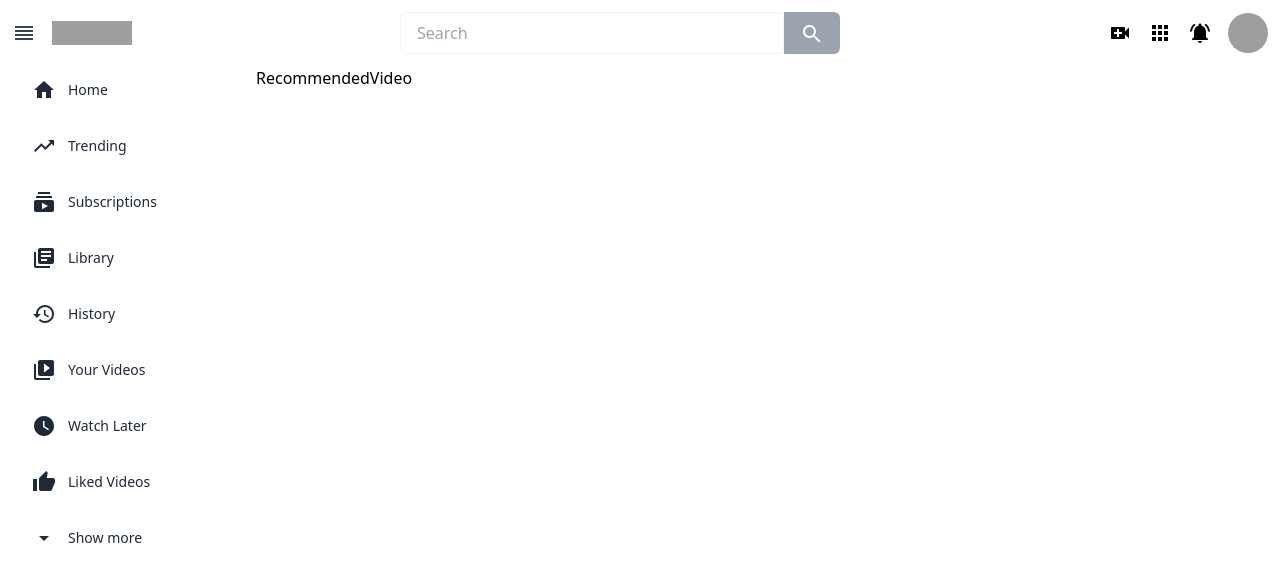
Repository: Shamraiz761/Youtube-clone
Page: /
An editor plug-in stored every save of this project. The page is shown before and after the next save, followed by the edit.
The browser window is 1280 px wide. The pictures show the whole page.
Pictures or frames that could not be fetched are drawn as grey boxes. The project was rebuilt for these pictures with package versions that can differ from the ones it lists, and the page was loaded fresh each time. Also part of the build but not shown: vite.config.js.

Above is the page before, as saved 2024-01-19 22:21:14.

### src/App.jsx

import React from 'react';
import Home from './pages/home/Home';
function App() {
  return (
    <div>
      <Home />
    </div>
  );
}

export default App;

### src/pages/home/Home.jsx
import React from "react";
import Navbar from "../../components/header/Navbar";
import Sidebar from "../../components/sidebar/Sidebar";
import RecommendedVideo from "../../components/video/RecommendedVideo";

function Home() {
  return (
    <div>
      <Navbar />
      <div className="flex">
      <Sidebar />
      <RecommendedVideo />
      </div>
    </div>
  );
}

export default Home;

### src/components/header/Navbar.jsx
import React from "react";
import ReorderIcon from "@material-ui/icons/Reorder";
import VideoCallIcon from "@material-ui/icons/VideoCall";
import AppsIcon from "@material-ui/icons/Apps";
import NotificationsActiveIcon from "@material-ui/icons/NotificationsActive";
import SearchIcon from '@material-ui/icons/Search';
const Navbar = () => {
  return (
    <nav className="p-3 sticky top-0 z-96 bg-white">
      <div className="container mx-auto flex flex-wrap justify-between items-center">
        {/* Logo */}
        <div className="text-white font-bold text-xl flex items-center flex-row">
          <ReorderIcon className="mr-4 size-5 text-gray-700 " />
          <img
            className="w-10 h-4 sm:w-20 sm:h-6"
            src="https://upload.wikimedia.org/wikipedia/commons/thumb/e/e1/Logo_of_YouTube_%282015-2017%29.svg/2560px-Logo_of_YouTube_%282015-2017%29.svg.png"
          />
        </div>

        {/* Search bar */}
        <div className="flex items-center">
          <input
            type="text"
            placeholder="Search"
            className="p-1 md:px-4 md:py-2 rounded-l-md border border-gray-100 focus:outline-none w-32 md:w-96"
          />
          <button className="bg-gray-400 p-1  md:px-4 md:py-2 rounded-r-md text-white">
            <SearchIcon />
          </button>
        </div>

        {/* User profile */}
        <div className="flex items-center flex-row space-x-2 md:space-x-4">
          <VideoCallIcon />
          <AppsIcon />
          <NotificationsActiveIcon />
          <img
          className="w-10 h-10 rounded-full"
          src="https://encrypted-tbn0.gstatic.com/images?q=tbn:ANd9GcT5e22dr8y5uGoiuiPB5wwHR3v8v43srFH0SUokZVWJug&s" />
        </div>
      </div>
    </nav>
  );
};

export default Navbar;

### src/components/sidebar/Sidebar.jsx
import TrendingUpIcon from '@material-ui/icons/TrendingUp';
import History from '@material-ui/icons/History';
import SubscriptionsIcon from '@material-ui/icons/Subscriptions';
import Home from '@material-ui/icons/Home';
import { Link } from 'react-router-dom';
import LibraryBooksIcon from '@material-ui/icons/LibraryBooks';
import VideoLibraryIcon from '@material-ui/icons/VideoLibrary';
import WatchLaterIcon from '@material-ui/icons/WatchLater';
import ThumbUpIcon from '@material-ui/icons/ThumbUp';
import ArrowDropDownIcon from '@material-ui/icons/ArrowDropDown';
import React from 'react';

const Sidebar = () => {
    const data = [
        {
            id: 1,
            title: 'Home',
            icon: <Home className='mr-3 hover:text-red-600'/>,
        },
        {
            id: 2,
            title: 'Trending',
            icon: <TrendingUpIcon className='mr-3 hover:text-red-600'/>,
        },
        {
            id: 3,
            title: 'Subscriptions',
            icon: <SubscriptionsIcon className='mr-3 hover:text-red-600'/>,
        },
        {
            id: 4,
            title: 'Library',
            icon: <LibraryBooksIcon className='mr-3 hover:text-red-600'/>,
        },
        {
            id: 5,
            title: 'History',
            icon: <History className='mr-3 hover:text-red-600'/>,
        },
        {
            id: 6,
            title: 'Your Videos',
            icon: <VideoLibraryIcon className='mr-3 hover:text-red-600'/>,
        },
        {
            id: 7,
            title: 'Watch Later',
            icon: <WatchLaterIcon className='mr-3 hover:text-red-600'/>,
        },
        {
            id: 8,
            title: 'Liked Videos',
            icon: <ThumbUpIcon className='mr-3 hover:text-red-600'/>,
        },
        {
            id: 9,
            title: 'Show more',
            icon: <ArrowDropDownIcon className='mr-3 hover:text-red-600'/>,
        },

    ]
  return (
    <div className="text-gray-800 bg-white w-64 flex flex-col h-[89vh]">

      <div className="flex-grow">
        <ul className="space-y-2 overflow-auto ">
            {
                data.map((item) => (

                        <li className={`pl-8 py-3 hover:bg-gray-200 hover:text-red-600 cursor-pointer flex items-center text-sm font-medium `}>

                            {item.icon}
                            {item.title}
                        </li>

                ))
            }

        </ul>
      </div>


    </div>
  );
};

export default Sidebar;

### src/components/video/RecommendedVideo.jsx
import React from 'react'

function RecommendedVideo() {
  return (
    <div>RecommendedVideo</div>
  )
}

export default RecommendedVideo

Loaded but not shown: index.html (common file); src/main.jsx (common file); src/index.css (common file); tailwind.config.js (common file)

After the next save:
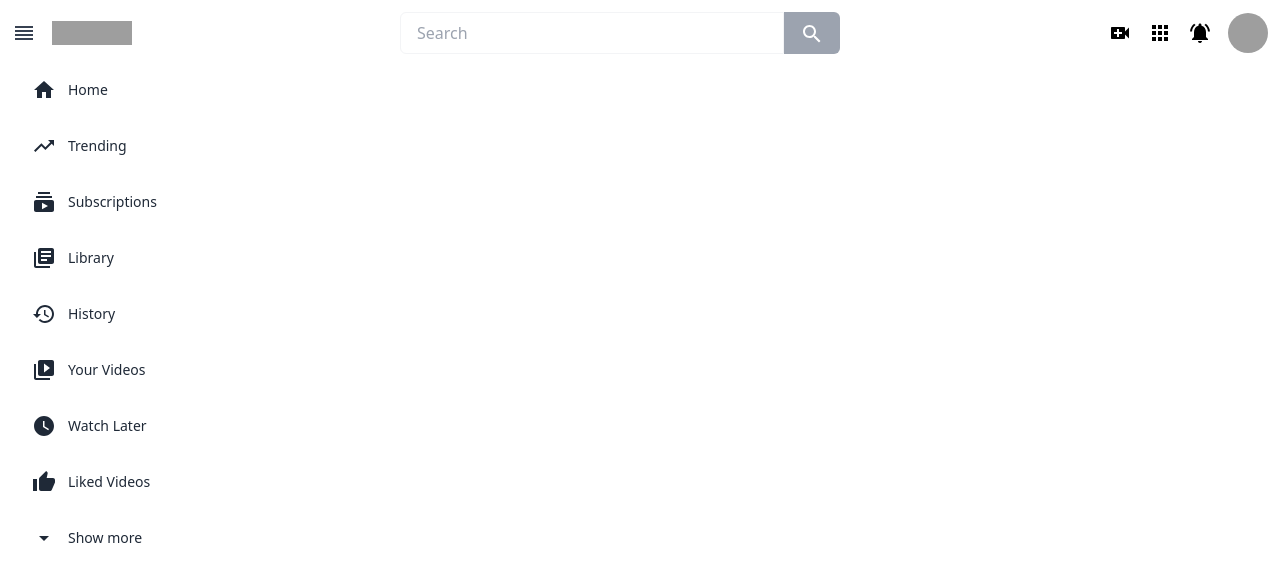
Saved 2 min 25 s later.
--- a/src/components/video/RecommendedVideo.jsx
+++ b/src/components/video/RecommendedVideo.jsx
@@ -2,7 +2,9 @@ import React from 'react'
 
 function RecommendedVideo() {
   return (
-    <div>RecommendedVideo</div>
+    <div>
+      <h1></h1>
+    </div>
   )
 }
 
